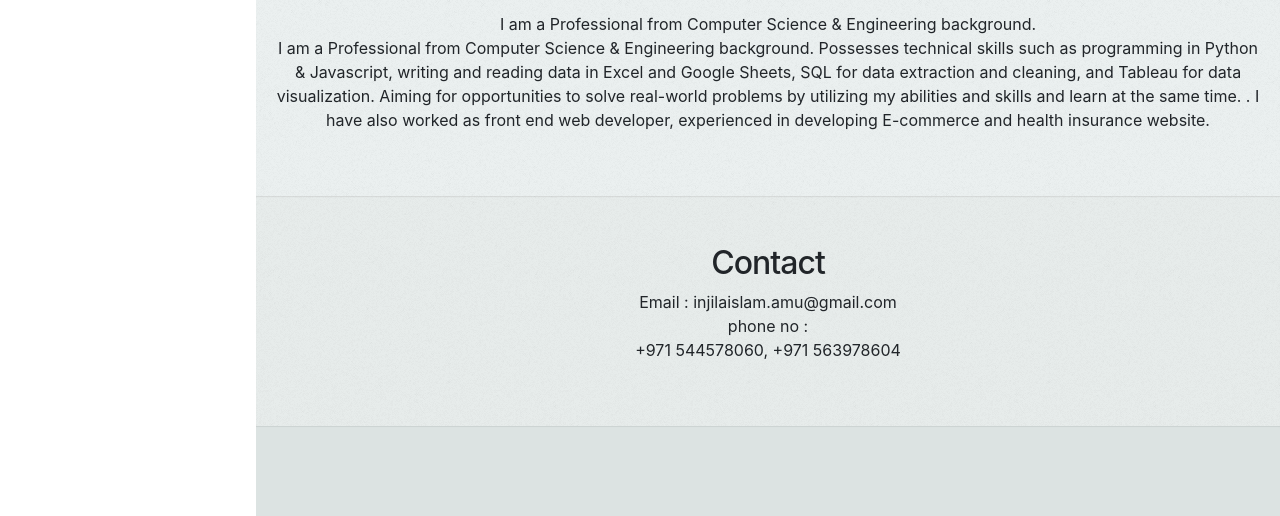
Repository: IslamInjila/new_portfolio
Page: index.html
An editor plug-in stored every save of this project. The page is shown before and after the next save, followed by the edit.
The browser window is 1280 px wide. The pictures show the part of the page from y = 2041 to 2557 px (the page is 2557 px tall before and 2509 px after).
A picture or video elsewhere on the page could not be fetched, so the positions and the page height are approximate. Some web libraries are served in a nearby version.

Above is the page before, as saved 2021-08-15 13:52:51.
Console error: TypeError: Cannot read properties of undefined (reading 'fn')

### index.html
<!DOCTYPE HTML>

<html>
	<head>
		<title>Prologue by HTML5 UP</title>
		<meta charset="utf-8" />
		<meta name="viewport" content="width=device-width, initial-scale=1, user-scalable=no" />
		<link rel="stylesheet" href="assets/css/main.css" />
	</head>
	<body class="is-preload">

		<!-- Header -->
			<div id="header">

				<div class="top">

					<!-- Logo -->
						<div id="logo">
							<span class="image avatar48"><img src="images/photome.jpg" alt="" /></span>
							<h1 id="title">Injila Islam</h1>
							<p>Software Developer</p>
						</div>

					<!-- Nav -->
						<nav id="nav">
							<ul>
								<li><a href="#top" id="top-link"><span class="icon solid fa-home">Intro</span></a></li>
								<li><a href="#portfolio" id="portfolio-link"><span class="icon solid fa-th">Portfolio</span></a></li>
								<li><a href="#contact" id="contact-link"><span class="icon solid fa-envelope">About Me </span></a></li>

								<li><a href="#contact" id="contact-link"><span class="icon solid fa-envelope">Contact </span></a></li>

							</ul>

						</nav>

				</div>

				<div class="bottom">

					<!-- Social Icons -->
						<!-- <ul class="icons">
							<li><a href="#" class="icon brands fa-twitter"><span class="label">Twitter</span></a></li>
							<li><a href="#" class="icon brands fa-facebook-f"><span class="label">Facebook</span></a></li>
							<li><a href="#" class="icon brands fa-github"><span class="label">Github</span></a></li>
							<li><a href="#" class="icon brands fa-dribbble"><span class="label">Dribbble</span></a></li>
							<li><a href="#" class="icon solid fa-envelope"><span class="label">Email</span></a></li>
						</ul> -->

				</div>

			</div>

		<!-- Main -->
			<div id="main">

				<!-- Intro -->
					<section id="top" class="one dark cover">
						<div class="container">

							<header>
								<h2 class="alt">Hi! I am <strong>Injila Islam</strong>

							</header>

							<footer>
								<a href="#portfolio" class="button scrolly">See my portfolio</a>
								<object data="YourFile.pdf"  type="application/x-pdf" title="SamplePdf"  >
								<a href="images/injilaIslam.pdf" target="_blank" class="button scrolly">Download my Resume</a>
							</object>


							</footer>

						</div>
					</section>

				<!-- Portfolio -->
					<section id="portfolio" class="two">
						<div class="container">

							<header>
								<h2>Portfolio</h2>
							</header>

							<p>A sample of my personal projects</p>

							<div class="row">
								<div class="col-4 col-12-mobile">
									<!-- <article class="item ">
										<a href="#" class="image fit"><img src="images/data1.jpg" alt="" /></a>
										<header>
											Weather Data Analysis
											<h5><input type="button" class="nine" width="100" height="132" onclick='window.open("https://github.com/IslamInjila/python");return false;'
												target="_blank" value="view"
												/></h5>
										</header> -->







	                    	<!-- NEW DATA -->
										<div class="flip-card">
											<div class="flip-card-inner">
											  <div class="flip-card-front">

												<img src="images/dataset.jpg" alt="Avatar" style="width:300px;height:300px;">
												<div class="text-block" style="font-size: medium;">
													Google App Ratings Analysis in <b>Python</b>
													</div>

											   </div>
											  <div class="flip-card-back">
												  <br>
												<p>GOOGLE APP RATINGS ANALYSIS IN Python<p>
												<p> Google App's rating, reviews, price  have been analysed against their respective categories using PANDAS & MATPLOT. Dataset has been cleaned and downloaded from Kaggle.</p>
												<p><input type="button" class="nine" width="100" height="132" onclick='window.open("https://github.com/IslamInjila/GoogleAppRatingAnalysis");return false;'
													target="_blank" value="view"
													/></p>
											  </div>
											</div>
										  </div>


									<!-- </article> -->
									<br><br>
									<div class="flip-card">
										<div class="flip-card-inner">
										  <div class="flip-card-front">

											<img src="images/data1.jpg" alt="Avatar" style="width:300px;height:300px;">
											<div class="text-block" style="font-size: medium;">
												Business Sales Insights Using <b>Sql & PowerBI</b>
												</div>

										   </div>
										  <div class="flip-card-back">
											  <br>
											  <p>BUSINESS SALES INSIGHT USING SQL & POWER BI <p>
												<p>This project aims to get sales insight of a hardware business setup in India to find the major KPI.
													<br> Database has been cleaned and KPI are represented using POWER BI dashboard.
												</p>
											<p><input type="button" class="nine" width="100" height="132" onclick='window.open("images/bi.html");return false;'
												target="_blank" value="view"
												/></p>
										  </div>
										</div>
									  </div>

								</div>
								<div class="col-4 col-12-mobile">
									<div class="flip-card">
										<div class="flip-card-inner">
										  <div class="flip-card-front">

											<img src="images/data1.jpg" alt="Avatar" style="width:300px;height:300px;">
											<div class="text-block" style="font-size: medium;">
												Web Scraping Using <b>Python</b>
												</div>

										   </div>
										  <div class="flip-card-back">
											  <br>
											<p>WEB SCRAPING  IN PYTHON<p>
											<p>In this project Google playstore app website has been scraped and stored in excel file using python</p>
											<p><input type="button" class="nine" width="100" height="132" onclick='window.open("https://github.com/IslamInjila/web_scraping");return false;'
												target="_blank" value="view"
												/></p>
										  </div>
										</div>
									  </div>
									  <br><br>
									<!-- <article class="item">
										<a href="#" class="image fit"><img src="images/d3.jpg" alt="" /></a>
										<header>
											<h5>Customer Analysis </h5>
											<input type="button" class="nine" width="100" height="132" onclick='window.open("images/ExcelData.htm");return false;'
												target="_blank" value="view"
												/>
										</header>
									</article> -->
									<!-- <div class="flip-card">
										<div class="flip-card-inner">
										  <div class="flip-card-front">

											<img src="images/d3.jpg" alt="Avatar" style="width:300px;height:300px;">
											<div class="text-block" style="font-size: medium;">
												Online Customer Analysis using Excel
												</div>

										   </div>
										  <div class="flip-card-back">
											  <br>
											<p>ONLINE CUSTOMER ANALYSIS USING EXCEL<p>
											<p>online Analysis of  customer has been done of e-commerce business using pivot tables and excel dashboard. </p>
											<p><input type="button" class="nine" width="100" height="132" onclick='window.open("images/ExcelData.htm");return false;'
												target="_blank" value="view"
												/></p>
										  </div>
										</div>
									  </div> -->
									  <br><br>

								</div>
								<div class="col-4 col-12-mobile">
									<div class="flip-card">
										<div class="flip-card-inner">
										  <div class="flip-card-front">

											<img src="images/black.jpg" alt="Avatar" style="width:300px;height:300px;">
											<div class="text-block" style="font-size: medium;">
												Business Sales insight using <b>Sql  & Tableau</b>
												</div>

										   </div>
										  <div class="flip-card-back">
											  <br>
											<p>BUSINESS SALES INSIGHT USING SQL & TABLEAU <p>
											<p>This project aims to get sales insight of a hardware business setup in India to find the major KPI.
												<br> Database is cleaned using SQL and KPI are represented using Tableau dashboard.
											</p>
											<p><input type="button" class="nine" width="100" height="132" onclick='window.open("images/salesInsight_bi.html");return false;'
												target="_blank" value="view"
												/></p>
										  </div>
										</div>
									  </div>
									<!-- <article class="item">
										<a href="#" class="image fit"><img src="images/pic07.jpg" alt="" /></a>
										<header>
											<h5>visuaise data66 </h5>
											<input type="button" class="nine" width="100" height="132" onclick='window.open("http://www.foracure.org.au");return false;'
												target="_blank" value="view"
												/>
										</header>
									</article> --><br>
									<br>
									<div class="flip-card">
										<div class="flip-card-inner">
										  <div class="flip-card-front">

											<img src="images/data1.jpg" alt="Avatar" style="width:300px;height:300px;">
											<div class="text-block" style="font-size: medium;">
												Twitter Sentiment Analysis
												</div>

										   </div>
										  <div class="flip-card-back">
											  <br>
											  This script can tell you the sentiments of people sgarding to any events happening in the world by analyzing tweets related to that event. It will search for tweets about any topic and analyze each tweet to see how positive or negative it's emotion is.
											</p>
											<p><input type="button" class="nine" width="100" height="132" onclick='window.open("https://github.com/injila14/Twiiter_sentiment_analysis");return false;'
												target="_blank" value="view"
												/></p>
										  </div>
										</div>
									  </div>
								</div>
							</div>

						</div>
					</section>

				About Me
					 <section id="about" class="three">
						<div class="container">

							<header>
								<h2>About Me</h2>
							</header>

							 <a href="#" class="image featured"><img src="images/profilePic.jpg" alt="" /></a>

							 <p>I am a Professional from Computer Science & Engineering background.<br>
								 I am a Professional from Computer Science & Engineering background. Possesses technical skills such as programming in Python & Javascript, writing and reading data in Excel and Google Sheets, SQL for data extraction and cleaning, and Tableau for data visualization. Aiming for opportunities to solve real-world problems by utilizing my abilities and skills and learn at the same time. .
								I have also worked as front end web developer, experienced in developing E-commerce and health insurance website.


						</div>
					</section>


				<!-- Contact -->
					<section id="contact" class="four">
						<div class="container">


								<h2>Contact</h2>

							<P> Email : injilaislam.amu@gmail.com
							<br>phone no : <br> +971 544578060, +971 563978604</p>





						</div>
					</section>

			</div>

		<!-- Footer -->
			<div id="footer">

				<!-- Copyright -->
					<!-- <ul class="copyright">
						<li>&copy; Untitled. All rights reserved.</li><li>Design: <a href="http://html5up.net">HTML5 UP</a></li>
					</ul> -->

			</div>

		<!-- Scripts -->


<!-- NEW DATA -->

		<link href="//maxcdn.bootstrapcdn.com/bootstrap/4.0.0/css/bootstrap.min.css" rel="stylesheet" id="bootstrap-css">
		<script src="//maxcdn.bootstrapcdn.com/bootstrap/4.0.0/js/bootstrap.min.js"></script>
		<script src="//cdnjs.cloudflare.com/ajax/libs/jquery/3.2.1/jquery.min.js"></script>
		<!------ Include the above in your HEAD tag ---------->

<script src="assets/js/jquery.scrolly.min.js"></script>
			<script src="assets/js/jquery.scrollex.min.js"></script>
			<script src="assets/js/browser.min.js"></script>
			<script src="assets/js/breakpoints.min.js"></script>
			<script src="assets/js/util.js"></script>
			<script src="assets/js/main.js"></script>

	</body>
</html>

Loaded but not shown: assets/css/fontawesome-all.min.css (library); assets/js/jquery.scrolly.min.js (common file); assets/js/jquery.scrollex.min.js (common file); assets/js/browser.min.js (common file); assets/js/breakpoints.min.js (common file); assets/js/util.js (587 lines, source omitted); assets/js/main.js (123 lines, source omitted); assets/css/main.css (2832 lines, source omitted)

After the next save:
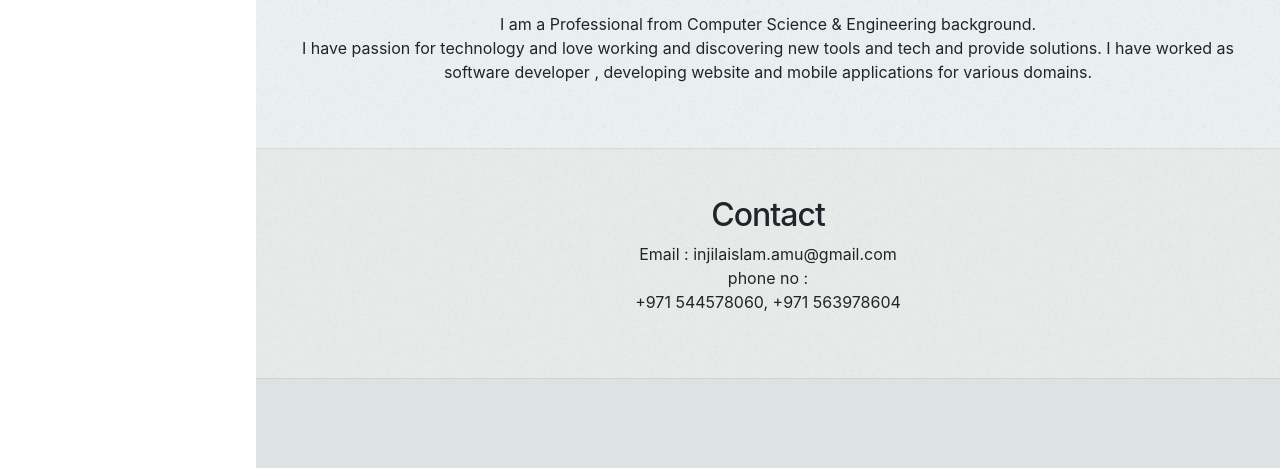
Saved 3 min 43 s later.
--- a/index.html
+++ b/index.html
@@ -275,9 +275,8 @@
 							 <a href="#" class="image featured"><img src="images/profilePic.jpg" alt="" /></a>
 
 							 <p>I am a Professional from Computer Science & Engineering background.<br>
-								 I am a Professional from Computer Science & Engineering background. Possesses technical skills such as programming in Python & Javascript, writing and reading data in Excel and Google Sheets, SQL for data extraction and cleaning, and Tableau for data visualization. Aiming for opportunities to solve real-world problems by utilizing my abilities and skills and learn at the same time. .
-								I have also worked as front end web developer, experienced in developing E-commerce and health insurance website.
-
+								I have passion for technology and love working and discovering new tools and tech and provide solutions.
+								I have worked as software developer , developing website and mobile applications for various domains.
 
 						</div>
 					</section>
